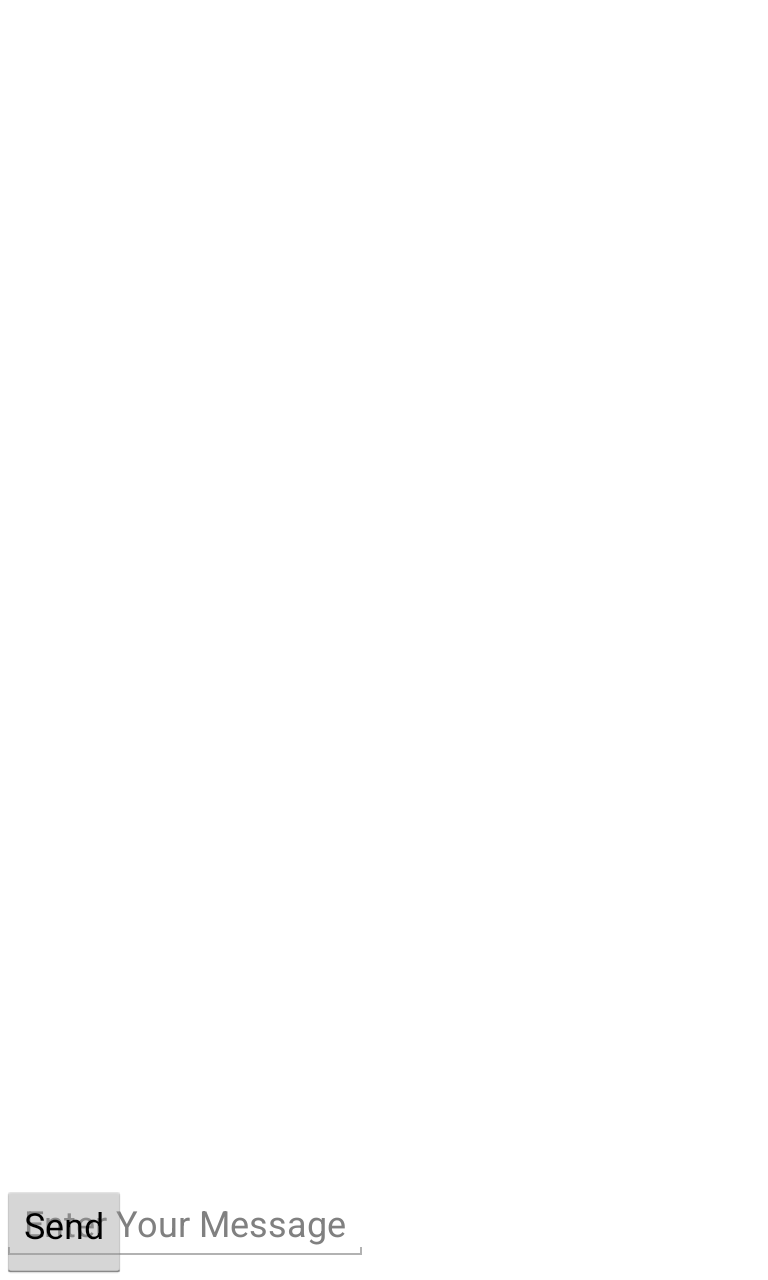
Repository: akshaysoam8/Messenger
Layout: Messenger/Messenger/res/layout/chat_message_send.xml
The author's editor kept a copy of each file at every save. The layout is drawn from the files as they stood at one save, then again after the next save.
It is drawn on a 768 x 1280 px phone screen (xhdpi) without system bars, with theme AppTheme; the app's code is not run. Lists and similar views that code fills are empty.

Above is the layout before, as saved 2014-09-12 21:41:58.

### Messenger/Messenger/res/layout/chat_message_send.xml
<?xml version="1.0" encoding="utf-8"?>
<LinearLayout xmlns:android="http://schemas.android.com/apk/res/android"
    android:layout_width="match_parent"
    android:layout_height="match_parent"
    android:orientation="vertical" >

    <LinearLayout
        android:id="@+id/messages"
        android:layout_width="match_parent"
        android:layout_height="wrap_content"
        android:layout_weight="9"
        android:orientation="vertical" >

        <ListView
            android:id="@+id/message_list"
            android:layout_width="match_parent"
            android:layout_height="wrap_content" >
        </ListView>
    </LinearLayout>

    <RelativeLayout
        android:layout_width="fill_parent"
        android:layout_height="wrap_content"
        android:orientation="horizontal" >

        <EditText
            android:id="@+id/message"
            android:layout_width="wrap_content"
            android:layout_height="wrap_content"
            android:hint="Enter Your Message" />

        <Button
            android:id="@+id/btn_send"
            android:layout_width="wrap_content"
            android:layout_height="wrap_content"
            android:gravity="right"
            android:text="Send" >
        </Button>
    </RelativeLayout>

</LinearLayout>

Loaded but not shown: Messenger/Messenger/res/values/styles.xml (common file); Messenger/Messenger/res/values-v11/styles.xml (common file); Messenger/Messenger/res/values-v14/styles.xml (common file)

After the next save:
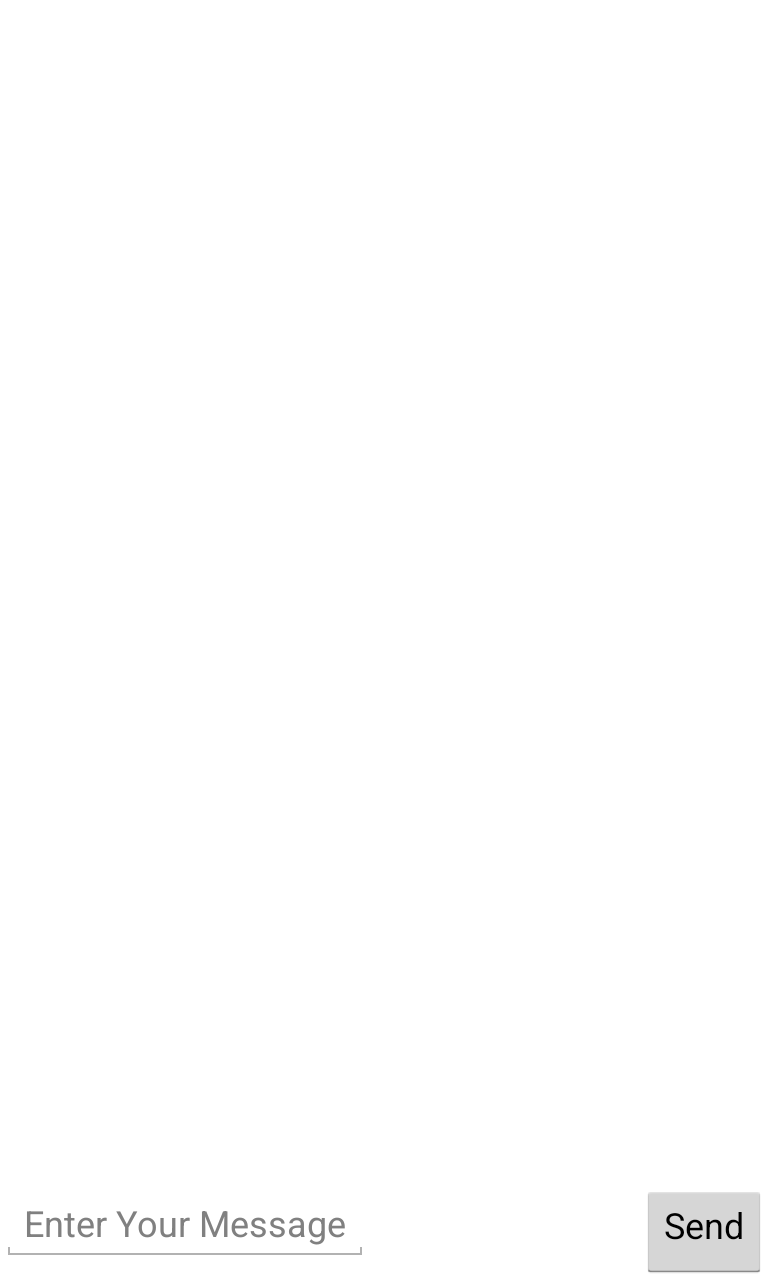
Saved 31 s later.
--- a/Messenger/Messenger/res/layout/chat_message_send.xml
+++ b/Messenger/Messenger/res/layout/chat_message_send.xml
@@ -33,9 +33,11 @@
             android:id="@+id/btn_send"
             android:layout_width="wrap_content"
             android:layout_height="wrap_content"
+            android:layout_alignParentRight="true"
+            android:layout_alignParentTop="true"
             android:gravity="right"
-            android:text="Send" >
-        </Button>
+            android:text="Send" />
+
     </RelativeLayout>
 
 </LinearLayout>
